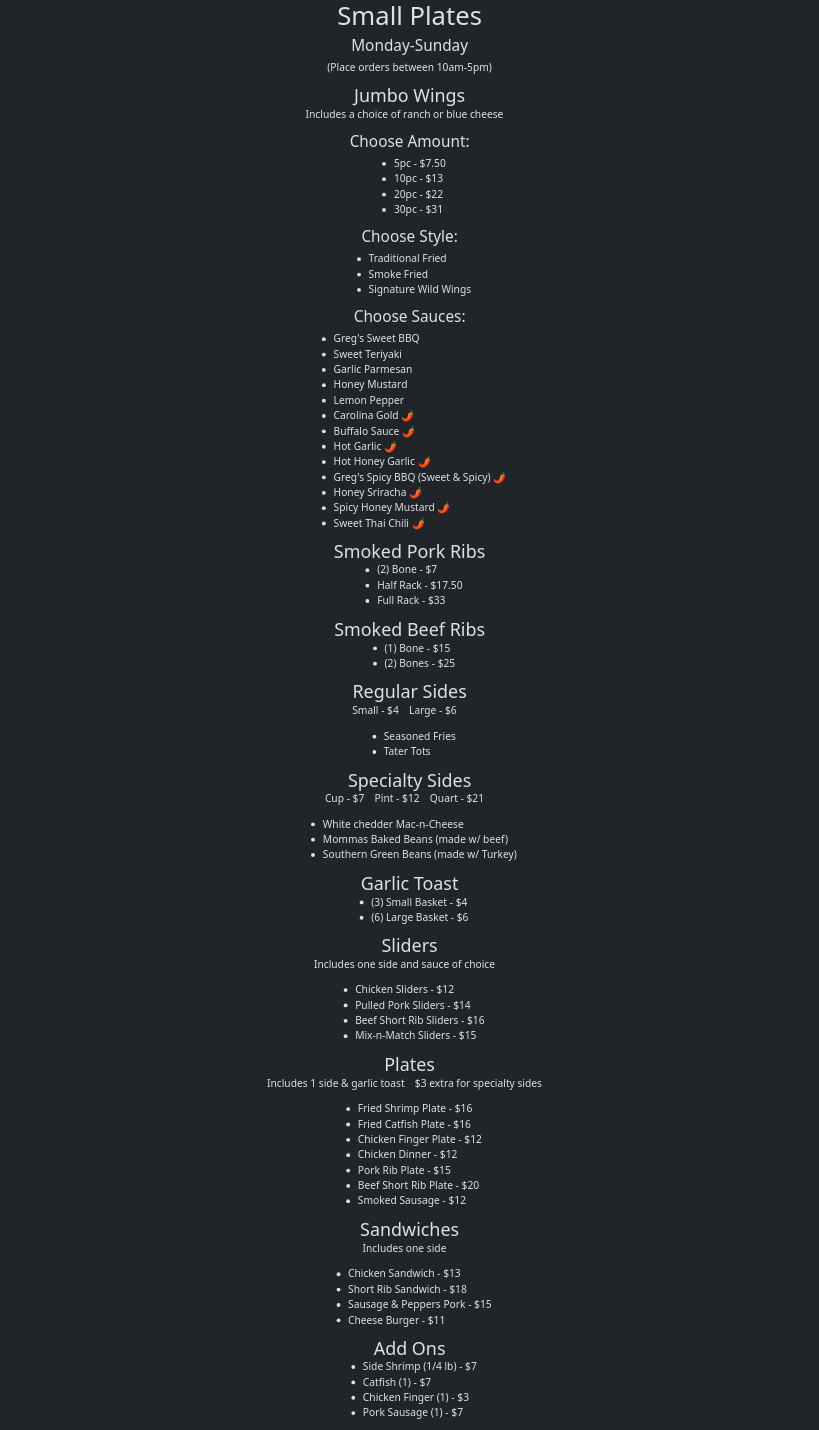
Repository: dukedward/smokehousemenu
Page: plates/index.html
An editor plug-in stored every save of this project. The page is shown before and after the next save, followed by the edit.
The browser window is 1280 px wide. The pictures show the whole page, at 64% of full size.
Some web libraries are served in a nearby version.

Above is the page before, as saved 2023-03-01 09:20:27.

### plates/index.html
<!DOCTYPE html>
<html lang="en" data-bs-theme="dark">
<head>
    <meta charset="UTF-8">
    <meta http-equiv="X-UA-Compatible" content="IE=edge">
    <meta name="viewport" content="wilih=device-wilih, initial-scale=1.0">
    <link rel="stylesheet" href="https://cdnjs.cloudflare.com/ajax/libs/font-awesome/6.3.0/css/all.min.css" integrity="sha512-SzlrxWUlpfuzQ+pcUCosxcglQRNAq/DZjVsC0lE40xsADsfeQoEypE+enwcOiGjk/bSuGGKHEyjSoQ1zVisanQ==" crossorigin="anonymous" referrerpolicy="no-referrer" />
    <link href="https://cdn.jsdelivr.net/npm/bootstrap@5.3.0-alpha1/dist/css/bootstrap.min.css" rel="stylesheet" integrity="sha384-GLhlTQ8iRABdZLl6O3oVMWSktQOp6b7In1Zl3/Jr59b6EGGoI1aFkw7cmDA6j6gD" crossorigin="anonymous">
    <link rel="stylesheet" href="../style.css" />
    <title>Small Plates</title>
</head>
<body>
    <div class="title">
        <h1>Small Plates</h1>
        <h4>Monday-Sunday</h4>
        <p>(Place orders between 10am-5pm)</p>
    </div>
    <div class="sections">
        <div class="sect">
            <h3>Jumbo Wings</h3>
            <div class="desc">
                <p>Includes a choice of ranch or blue cheese</p>
            </div>
            <div class="sub-sect">
                <h4>Choose Amount:</h4>
                <ul>
                    <li>5pc - $7.50</li>
                    <li>10pc - $13</li>
                    <li>20pc - $22</li>
                    <li>30pc - $31</li>
                </ul>
            </div>
            <div class="sub-sect">
                <h4>Choose Style:</h4>
                <ul>
                    <li>Traditional Fried</li>
                    <li>Smoke Fried</li>
                    <li>Signature Wild Wings</li>
                </ul>
            </div>
            <div class="sub-sect">
                <h4>Choose Sauces:</h4>
                <ul>
                    <li>Greg's Sweet BBQ</li>
                    <li>Sweet Teriyaki</li>
                    <li>Garlic Parmesan</li>
                    <li>Honey Mustard</li>
                    <li>Lemon Pepper</li>
                    <li>Carolina Gold 🌶️</li>
                    <li>Buffalo Sauce 🌶️</li>
                    <li>Hot Garlic 🌶️</li>
                    <li>Hot Honey Garlic 🌶️</li>
                    <li>Greg's Spicy BBQ (Sweet & Spicy) 🌶️</li>
                    <li>Honey Sriracha 🌶️</li>
                    <li>Spicy Honey Mustard 🌶️</li>
                    <li>Sweet Thai Chili 🌶️</li>
                </ul>
            </div>
        </div>
        <div class="sect">
            <h3>Smoked Pork Ribs</h3>
            <ul>
                <li>(2) Bone - $7</li>
                <li>Half Rack - $17.50</li>
                <li>Full Rack - $33</li>
            </ul>
        </div>
        <div class="sect">
            <h3>Smoked Beef Ribs</h3>
            <ul>
                <li>(1) Bone - $15</li>
                <li>(2) Bones - $25</li>
            </ul>
        </div>
        <div class="sect">
            <h3>Regular Sides</h3>
            <div class="desc">
                <p>Small - $4</p>
                <p>Large - $6</p>
            </div>
            <ul>
                <li>Seasoned Fries</li>
                <li>Tater Tots</li>
            </ul>
        </div>
        <div class="sect">
            <h3>Specialty Sides</h3>
            <div class="desc">
                <p>Cup - $7</p>
                <p>Pint - $12</p>
                <p>Quart - $21</p>
            </div>
            <ul>
                <li>White chedder Mac-n-Cheese</li>
                <li>Mommas Baked Beans (made w/ beef)</li>
                <li>Southern Green Beans (made w/ Turkey)</li>
            </ul>
        </div>
        <div class="sect">
            <h3>Garlic Toast</h3>
            <ul>
                <li>(3) Small Basket - $4</li>
                <li>(6) Large Basket - $6</li>
            </ul>
        </div>
        <div class="sect">
            <h3>Sliders</h3>
            <div class="desc">
                <p>Includes one side and sauce of choice</p>
            </div>
            <ul>
                <li>Chicken Sliders - $12</li>
                <li>Pulled Pork Sliders - $14</li>
                <li>Beef Short Rib Sliders - $16</li>
                <li>Mix-n-Match Sliders - $15</li>
            </ul>
        </div>
        <div class="sect">
            <h3>Plates</h3>
            <div class="desc">
                <p>Includes 1 side & garlic toast</p>
                <p>$3 extra for specialty sides</p>
            </div>
            <ul>
                <li>Fried Shrimp Plate - $16</li>
                <li>Fried Catfish Plate - $16</li>
                <li>Chicken Finger Plate - $12</li>
                <li>Chicken Dinner - $12</li>
                <li>Pork Rib Plate - $15</li>
                <li>Beef Short Rib Plate - $20</li>
                <li>Smoked Sausage - $12</li>
            </ul>
        </div>
        <div class="sect">
            <h3>Sandwiches</h3>
            <div class="desc">
                <p>Includes one side</p>
            </div>
            <ul>
                <li>Chicken Sandwich - $13</li>
                <li>Short Rib Sandwich - $18</li>
                <li>Sausage & Peppers Pork - $15</li>
                <li>Cheese Burger - $11</li>
            </ul>
        </div>
        <div class="sect">
            <h3>Add Ons</h3>
            <ul>
                <li>Side Shrimp (1/4 lb) - $7</li>
                <li>Catfish (1) - $7</li>
                <li>Chicken Finger (1) - $3</li>
                <li>Pork Sausage (1) - $7</li>
            </ul>
        </div>
    </div>
    <script src="https://cdn.jsdelivr.net/npm/bootstrap@5.3.0-alpha1/dist/js/bootstrap.bundle.min.js" integrity="sha384-w76AqPfDkMBDXo30jS1Sgez6pr3x5MlQ1ZAGC+nuZB+EYdgRZgiwxhTBTkF7CXvN" crossorigin="anonymous"></script>
</body>
</html>

### style.css
/* * {
	margin: 0;
	padding: 0;
} */

/* body {
    background-color: #212529;
}




.title h1,h2,p {
    margin-bottom: 0;
}


dt {
    font-size: medium;
    font-weight: bold;
}

dd {
    margin-bottom: 1rem;
}

h1,h2,h3,ul,li,p {
    color: #fff;
} */

.container {
    height: 100vh;
}

.title {
	display: flex;
	flex-direction: column;
	justify-content: center;
	align-items: center;
}

.sections {
	display: grid;
}

.sect, .sub-sect {
	display: flex;
	flex-direction: column;
	justify-content: left;
	align-items: center;
}

.sect h2,h3 {
    margin-bottom: 0;
}

.desc {
    display: flex;
    flex-direction: row;
    justify-content: space-between;
}

.desc p {
    padding-right: 1rem;
}

After the next save:
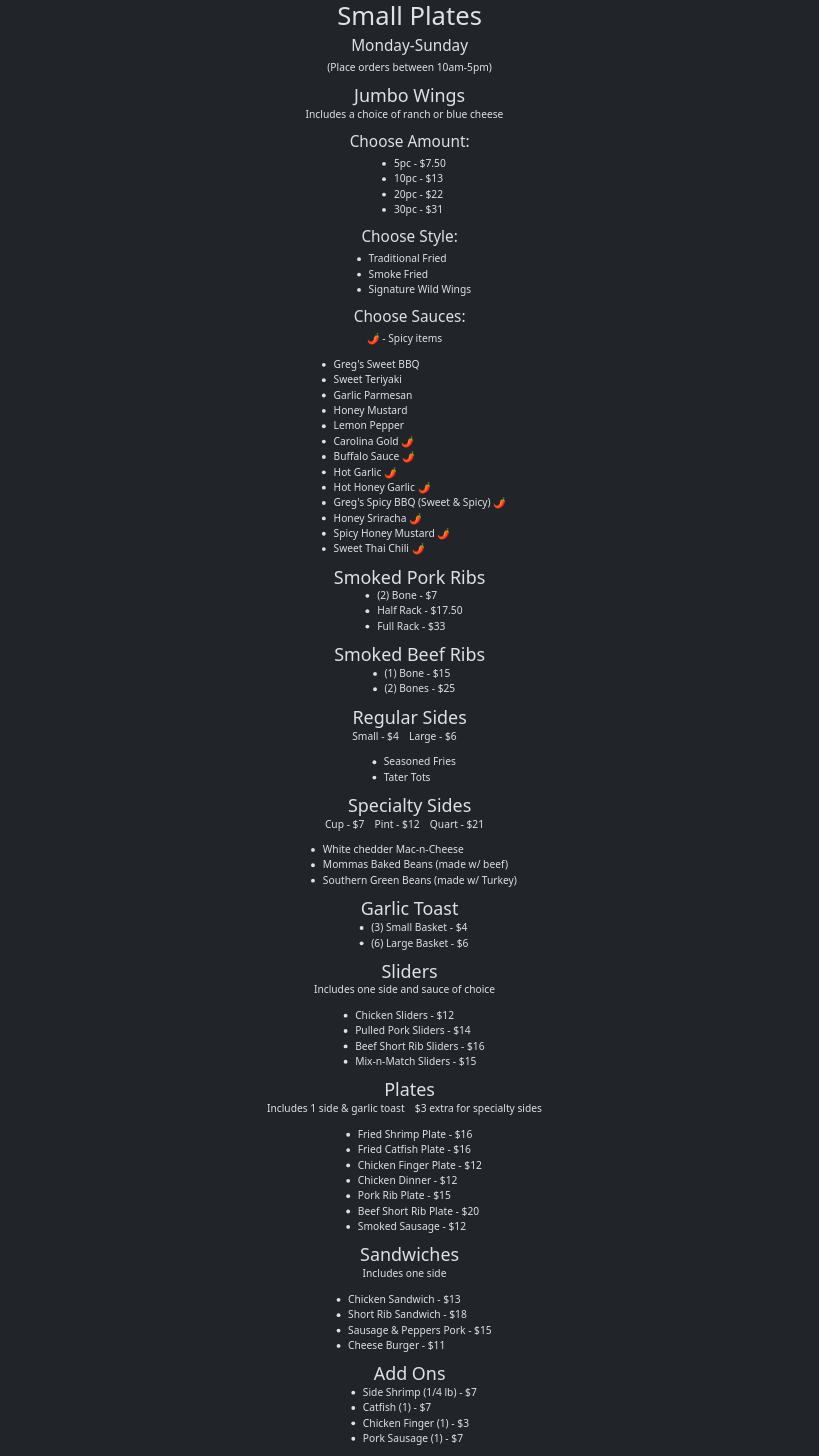
Saved 41 s later.
--- a/plates/index.html
+++ b/plates/index.html
@@ -40,6 +40,9 @@
             </div>
             <div class="sub-sect">
                 <h4>Choose Sauces:</h4>
+                <div class="desc">
+                    <p>🌶️ - Spicy items</p>
+                </div>
                 <ul>
                     <li>Greg's Sweet BBQ</li>
                     <li>Sweet Teriyaki</li>
